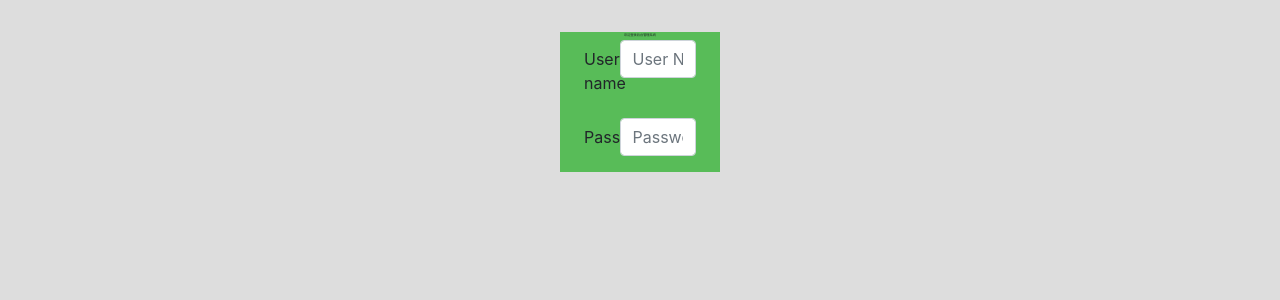
Repository: gzh51904/baiyangApp
Page: / (app in houtai/Vue-admin/)
An editor plug-in stored every save of this project. The page is shown before and after the next save, followed by the edit.
The browser window is 1280 px wide. The pictures show the whole page.
The project was rebuilt for these pictures with package versions that can differ from the ones it lists, and the page was loaded fresh each time. Also part of the build but not shown: houtai/Vue-admin/vue.config.js.

Above is the page before, as saved 2019-05-11 09:59:58.

After the next save:
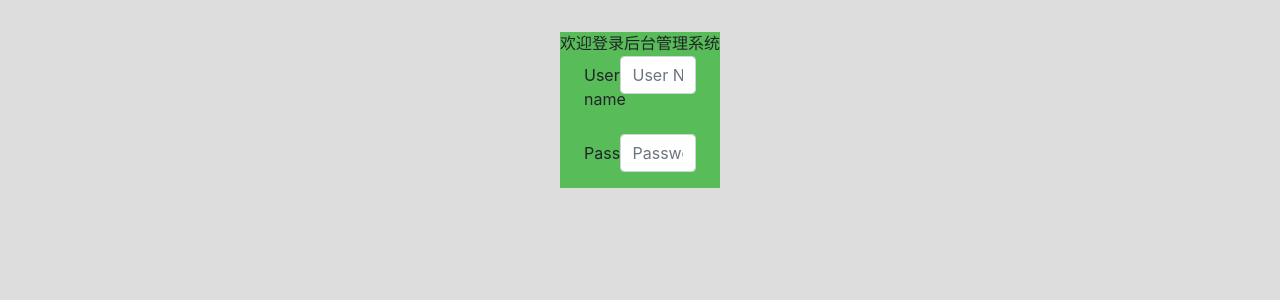
Saved 11 s later.
--- a/houtai/Vue-admin/src/pages/login.vue
+++ b/houtai/Vue-admin/src/pages/login.vue
@@ -36,7 +36,7 @@ export default {
     h3{
         margin: .133333rem auto;
         text-align: center;
-        font-size: .2rem;
+        font-size: 1rem;
     }
     .login-form{
         width:7rem;
